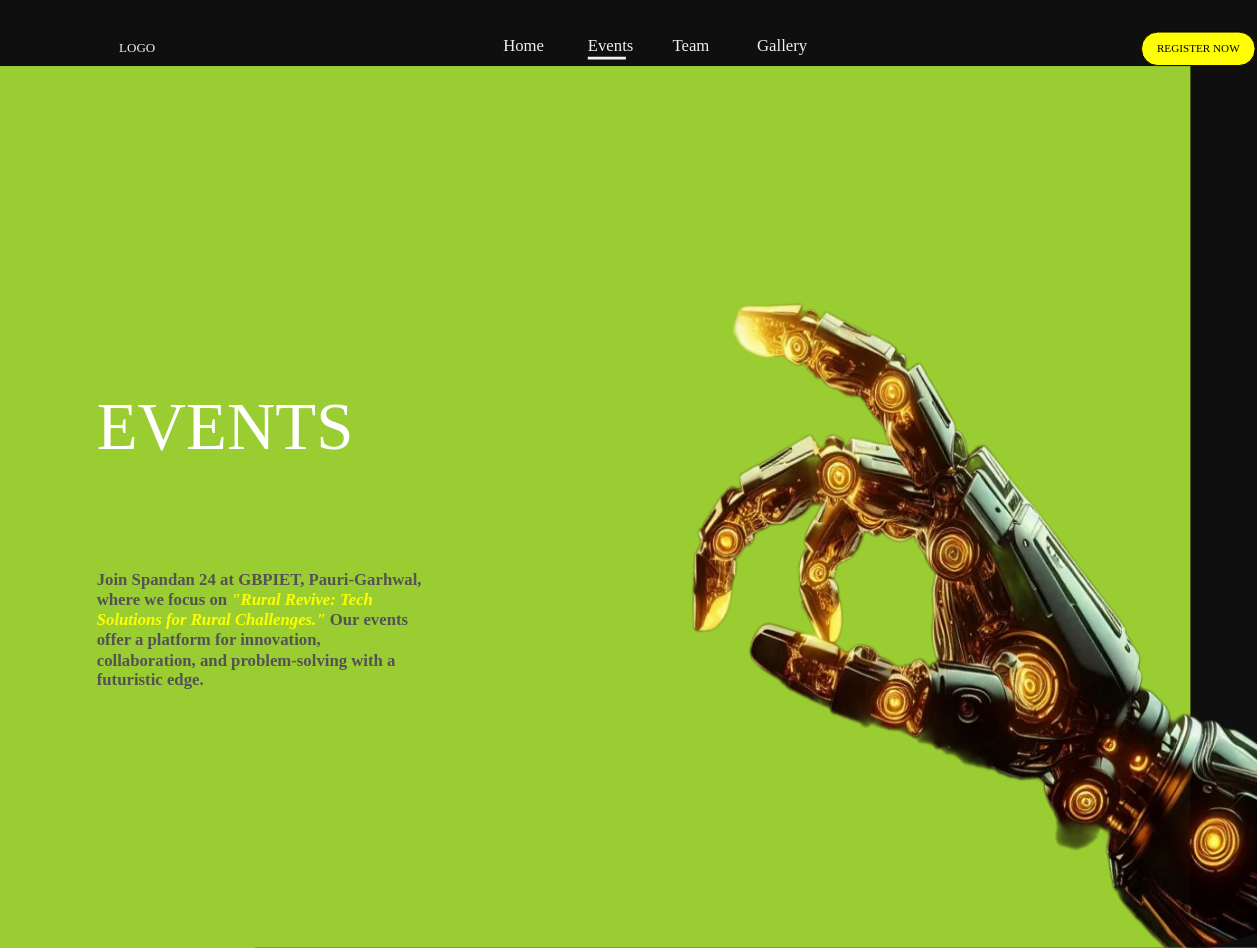
Repository: s4bbi/spandan-3.0
Page: /
An editor plug-in stored every save of this project. The page is shown before and after the next save, followed by the edit.
The browser window is 1280 px wide. The page is 1352 px wide, so the pictures cover 1352 px, including what lies to the right of the window. The pictures show the whole page, at 93% of full size.
The project was rebuilt for these pictures with package versions that can differ from the ones it lists, and the page was loaded fresh each time. Also part of the build but not shown: vite.config.js, src/pages/Events/Events.jsx.

Above is the page before, as saved 2024-11-02 02:57:28.

### src/App.jsx
import React from 'react'
import Navbar from './components/Navbar/Navbar'
import { Route, Routes } from 'react-router-dom'
import Home from  './pages/Home/Home'
import Events from  './pages/Events/Events'


const App = () => {
  return (
    <div className='app'>
      <Navbar/>
      { <Routes>
        <Route path="/" element={<Home />} />
        <Route path="Events" element={<Events />} />
      </Routes> }
    </div>
  )
}

export default App

### src/components/Navbar/Navbar.jsx
import React, {useState} from 'react'
import './Navbar.css'
// import {assets} from'../../assets/assets'
const Navbar = () => {

  const [menu,setMenu] = useState("Events");
  return (
    <div className='navbar'>
        <h1 className="logo">LOGO</h1>
        <ul className="navbar-menu">
            <li onClick={()=>setMenu("Home")} className={menu=="Home"?"active":""}>Home</li>
            <li onClick={()=>setMenu("Events")} className={menu=="Events"?"active":""}>Events</li>
            <li onClick={()=>setMenu("Team")} className={menu=="Team"?"active":""}>Team</li>
            <li onClick={()=>setMenu("Gallery")} className={menu=="Gallery"?"active":""}>Gallery</li>
        </ul>


        <button>REGISTER NOW</button>
     </div>

  )
}

export default Navbar

### src/pages/Home/Home.jsx
import React from 'react'
import HeroSection from '../../components/HeroSection/HeroSection'

const Home = () => {
  return (
    <div>
      {<HeroSection/>}
    </div>
  )
}

export default Home

### src/components/Navbar/Navbar.css
.navbar{
    width: 1222px;
    height: 37px;
    margin-top: 34px;
    margin-left: 128px;
    border-radius: 20px 0px 0px 0px;
    display: flex;
    justify-content: space-between;
    align-items: center;
}

.logo{
    width: 41px;
    height: 17px;
    font-family: Gilroy-Light;
    font-size: 14px;
    font-weight: 400;
    line-height: 16.8px;
    text-align: left;
    color:#F0F0F0;
   }

.navbar-menu{
    display:flex;
    list-style:none;
    gap:50px;
    color:#F0F0F0;
    ;
   }

.navbar button{
    background:transparent;
    font-size: 12px;
    background-color:#FFFF00;
    font-family: Gilroy-SemiBold;
    border: 1px solid #010101;
    ;
    padding: 10px 16px 10px 16px;
    border-radius: 18px 18px 18px 18px;
    cursor: pointer;}
    /* transition: 0.3s; */
    /* width: Hug (132px)px; */
 /* height: Hug (37px)px;
top: 34px;
left: 1218px;
padding: 10px 16px 10px 16px;
} */

  .navbar button:hover{
    background-color:#FFFFFF;
    color: #e74c3c;
    }

  /* .navbar .active{
    padding-bottom: 3px;
    border-bottom: 3px solid #49557e;
}   */

.navbar .active {
    padding-bottom: 3px;
    border-bottom: 3px solid #F0F0F0;}
.navbar li{
    cursor: pointer;
    width: 41px;
    height: 17px;
    font-family: Gilroy-SemiBold;
    font-size: 18px;
    font-weight: 400;
    line-height: 17.15px;
    text-align: left;
}

### src/components/HeroSection/HeroSection.jsx
import React from 'react'
import "./HeroSection.css";
import eventsHand from '../../assets/Images/eventsHand.webp';





const HeroSection = () => {
  return (
    <div className="hero">

      <div className="hero-text">
        <h1 className="hero-title">EVENTS</h1>
        <p className="hero-description">
          Join Spandan 24 at GBPIET, Pauri-Garhwal, where we focus on <span className="highlight">"Rural Revive: Tech Solutions for Rural Challenges."</span> Our events offer a platform for innovation, collaboration, and problem-solving with a futuristic edge.
        </p>
      </div>
      <img src={eventsHand} alt="Robotic Hand" className="hero-image" />

    </div>
  )
}

export default HeroSection

### src/components/HeroSection/HeroSection.css
.hero {
    display: flex;
    align-items: center;
    justify-content: space-between;
    padding-top: 50px;
    background-color: yellowgreen;
    /* padding-top: 50px;
    max-width: 1200px;
    margin: 192px; */
  }

  .hero-text {
    /* width: 50%; */
    color: white;
    padding-left: 104px;
    background-color: ;
  }

  .hero-title {
    width: 339px;
    height: 87px;
    /* margin-top: 100px; */
    font-family: Mooner;
    font-size: 72px;
    font-weight: 400;
    line-height: 87.19px;
   }

  .hero-description {
    width: 350px;
    height: 110px;
    padding-top: 110px;
    font-family: Exo 2;
    font-size: 18px;
    font-weight: 600;
    line-height: 21.6px;
    color: #ccc;
    color: #535353;

  }

  .highlight {
    color:#FFFF00;
    font-family: Exo 2;
    font-size: 18px;
    font-style: italic;
    font-weight: 600;
    line-height: 21.6px;

  }

  .hero-image {
    width: 897.55px;
    height: 897.55px;
    /* top: -108px; */
    /* margin-left: 800px; */
}

### public/style.css
*{
    margin:0px;
    padding:0px;
}

body{
    background-color: #0f0f0f;
}

Loaded but not shown: index.html (common file); src/main.jsx (common file); src/pages/Events/Events.css (no stored copy; drawn as an empty file)

After the next save:
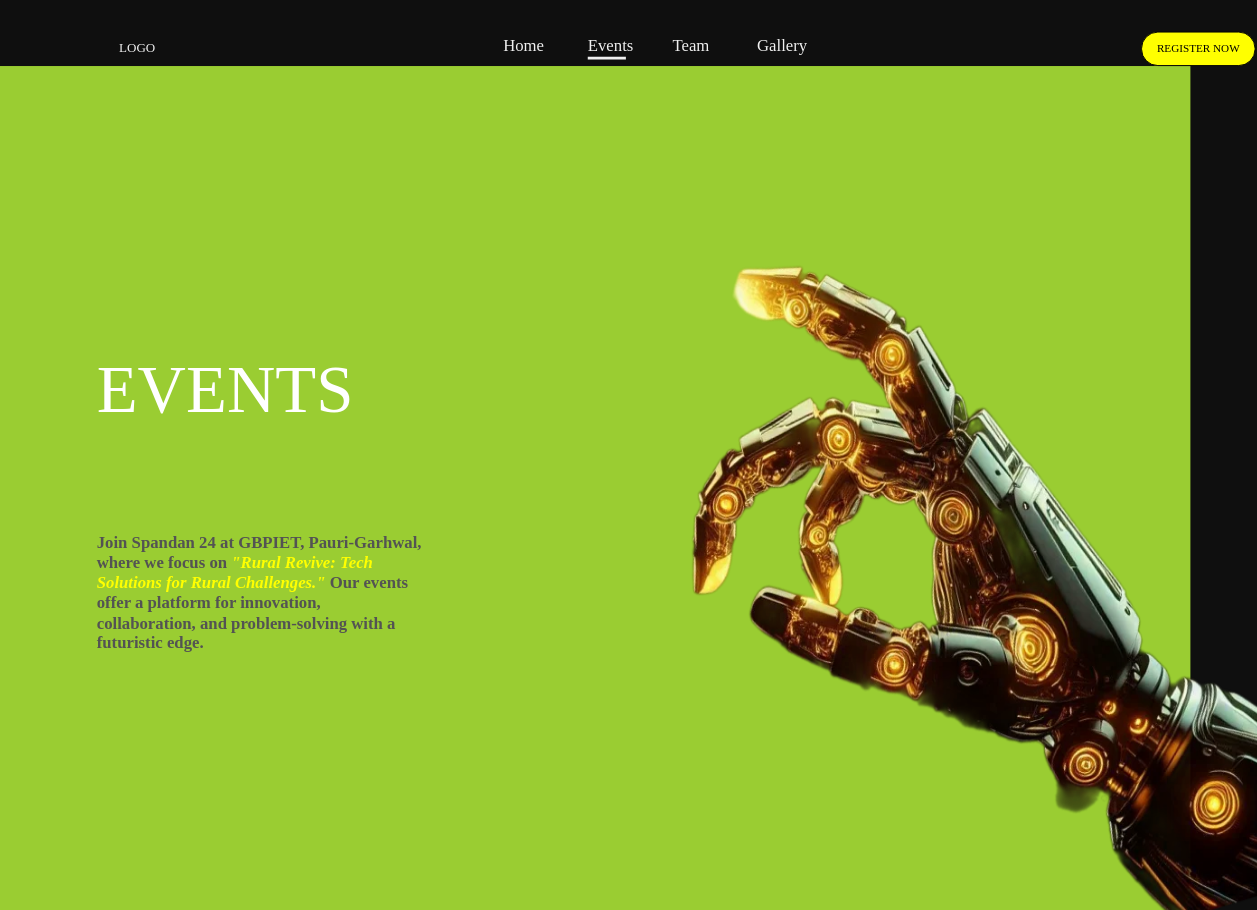
Saved 9 s later.
--- a/src/components/HeroSection/HeroSection.css
+++ b/src/components/HeroSection/HeroSection.css
@@ -2,7 +2,7 @@
     display: flex;
     align-items: center;
     justify-content: space-between;
-    padding-top: 50px;
+    padding-top: 10px;
     background-color: yellowgreen;
     /* padding-top: 50px;
     max-width: 1200px;
